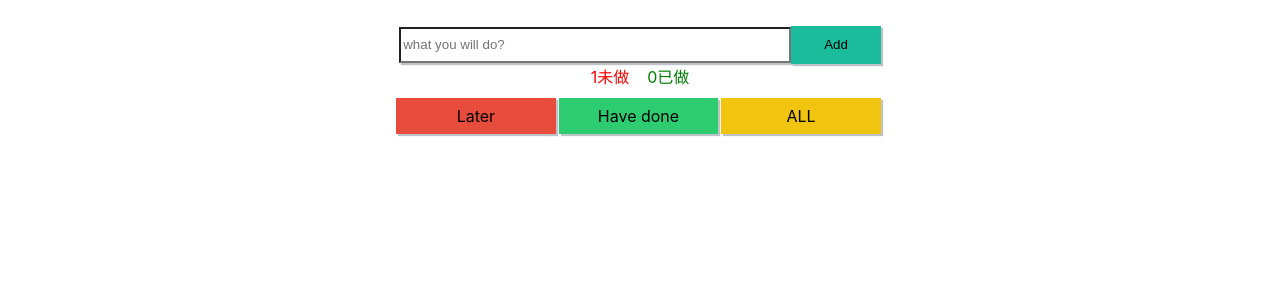
Repository: yurensmile/todolist
Page: /, after clicking the first element matching `button`
An editor plug-in stored every save of this project. The page is shown before and after the next save, followed by the edit.
The browser window is 1280 px wide. The pictures show the whole page.
The project was rebuilt for these pictures with package versions that can differ from the ones it lists, and the page was loaded fresh each time. Also part of the build but not shown: src/All.js, src/HaveDone.js.

Above is the page before, as saved 2019-03-20 17:21:53.

After the next save:
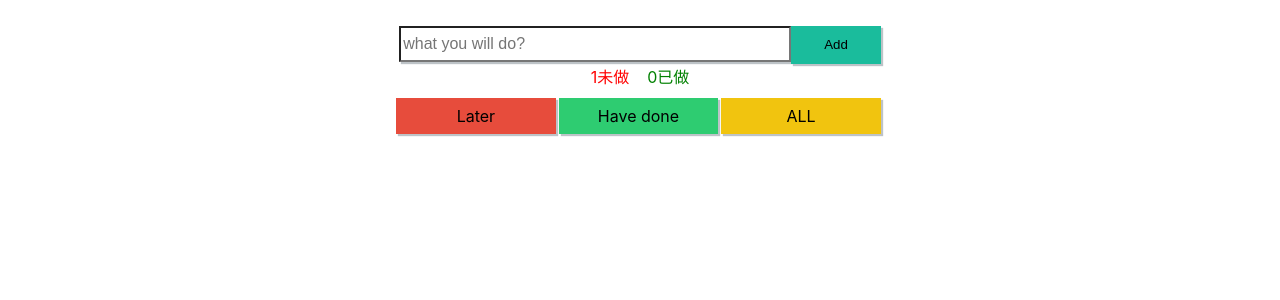
Saved 107 s later.
--- a/src/App.css
+++ b/src/App.css
@@ -54,6 +54,7 @@ input[type="text" ]{
   width: 30%;
   height: 30px;
   box-shadow: 2px 2px 1px rgba(189, 195, 199,1.0);
+  font-size: 16px;
 }
 
 button{
